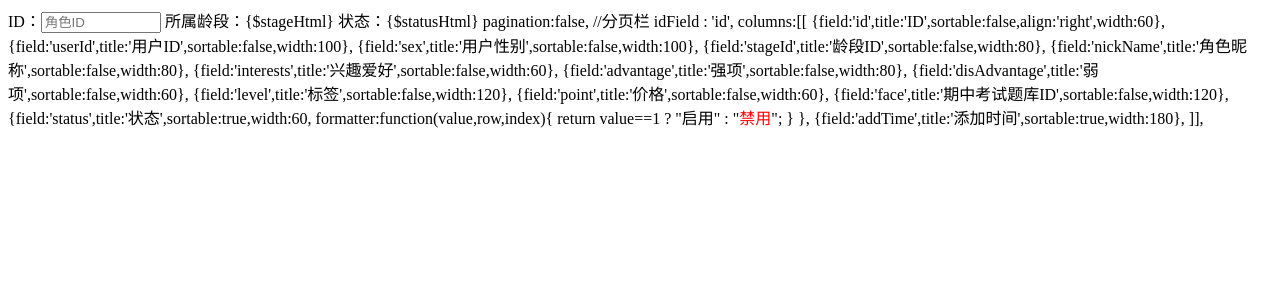
Repository: pridewu/hipi
Page: Education_dev_platform/branches/v1/Application/System/View/v1/Role/index.html
These files come from the project's save history. The page is drawn as it stood at one moment and after the next save; the edit follows.
The browser window is 1280 px wide. The pictures show the whole page.

Above is the page before, as saved 2014-12-05 10:19:25.

After the next save:
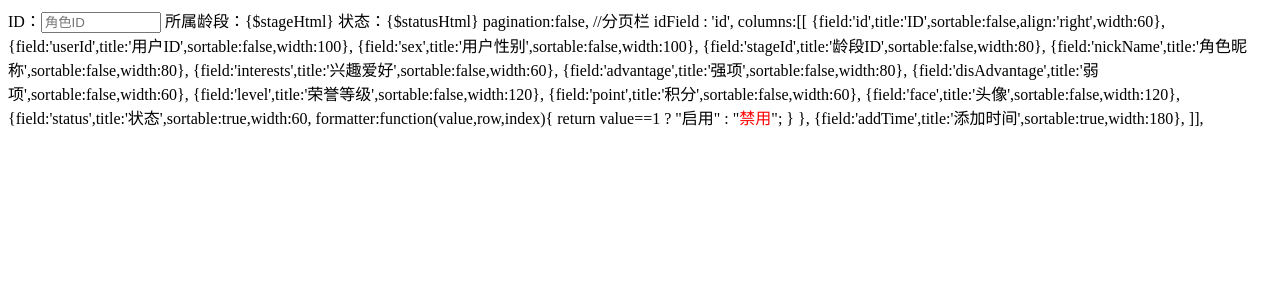
Saved 112 s later.
--- a/Education_dev_platform/branches/v1/Application/System/View/v1/Role/index.html
+++ b/Education_dev_platform/branches/v1/Application/System/View/v1/Role/index.html
@@ -29,9 +29,9 @@
             {field:'interests',title:'兴趣爱好',sortable:false,width:60},
             {field:'advantage',title:'强项',sortable:false,width:80},
             {field:'disAdvantage',title:'弱项',sortable:false,width:60},
-            {field:'level',title:'标签',sortable:false,width:120},
-            {field:'point',title:'价格',sortable:false,width:60},
-            {field:'face',title:'期中考试题库ID',sortable:false,width:120},
+            {field:'level',title:'荣誉等级',sortable:false,width:120},
+            {field:'point',title:'积分',sortable:false,width:60},
+            {field:'face',title:'头像',sortable:false,width:120},
 			{field:'status',title:'状态',sortable:true,width:60,
             	formatter:function(value,row,index){
             		return value==1 ? "启用" : "<font color=red>禁用</font>";
